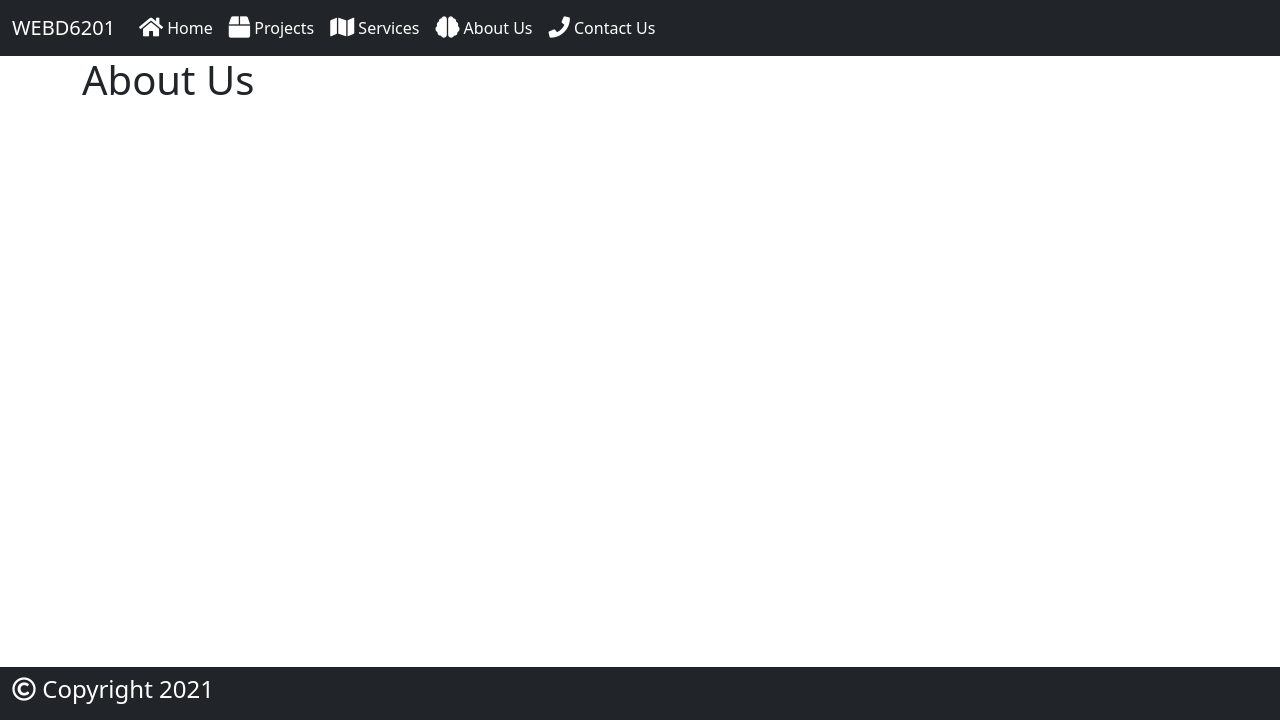
Repository: AshokSasi/WEBD6201-ASasi-JYuan-Lab2
Page: about.html
The author's editor kept a copy of each file at every save. The page is drawn from the files as they stood at one save, then again after the next save.
The browser window is 1280 px wide. The pictures show the whole page.

Above is the page before, as saved 2021-01-28 21:09:06.

After the next save:
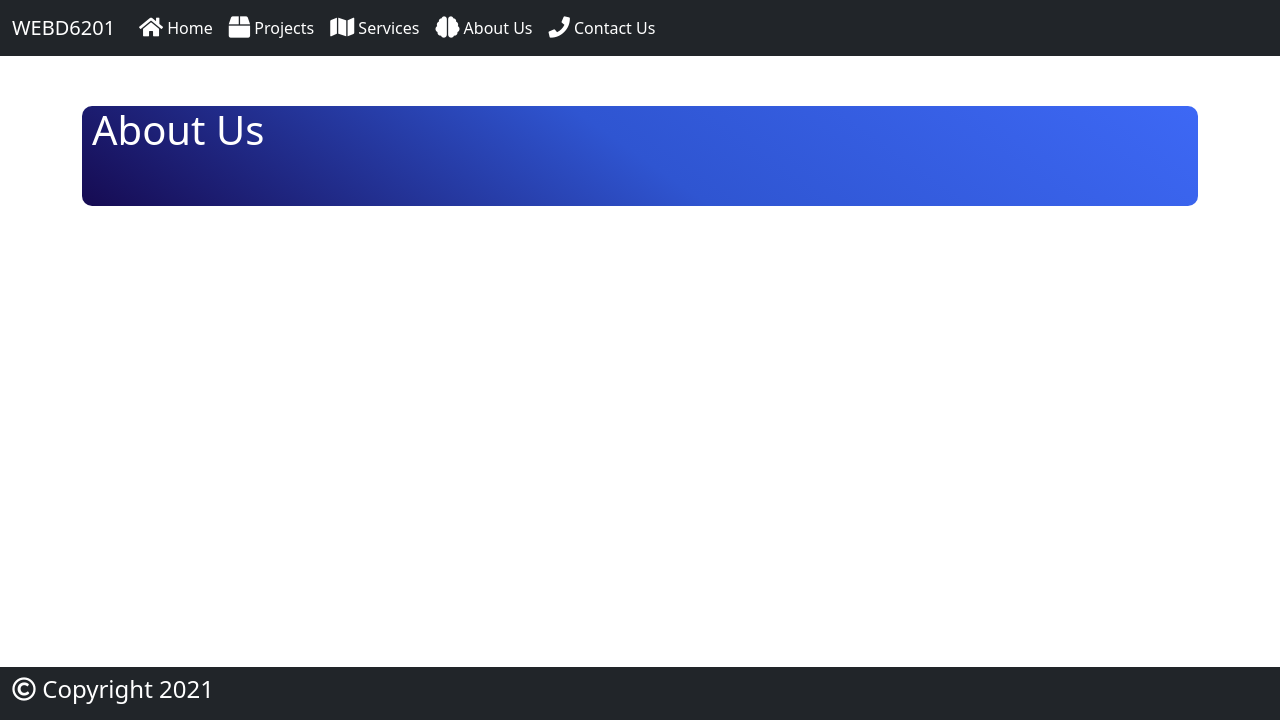
Saved 24 s later.
--- a/about.html
+++ b/about.html
@@ -45,7 +45,7 @@
 
     <!-- Main Content-->
     <main class="container">
-        <h1>About Us</h1>
+        <h1 class="gradientBg">About Us</h1>
 
 
     </main>
